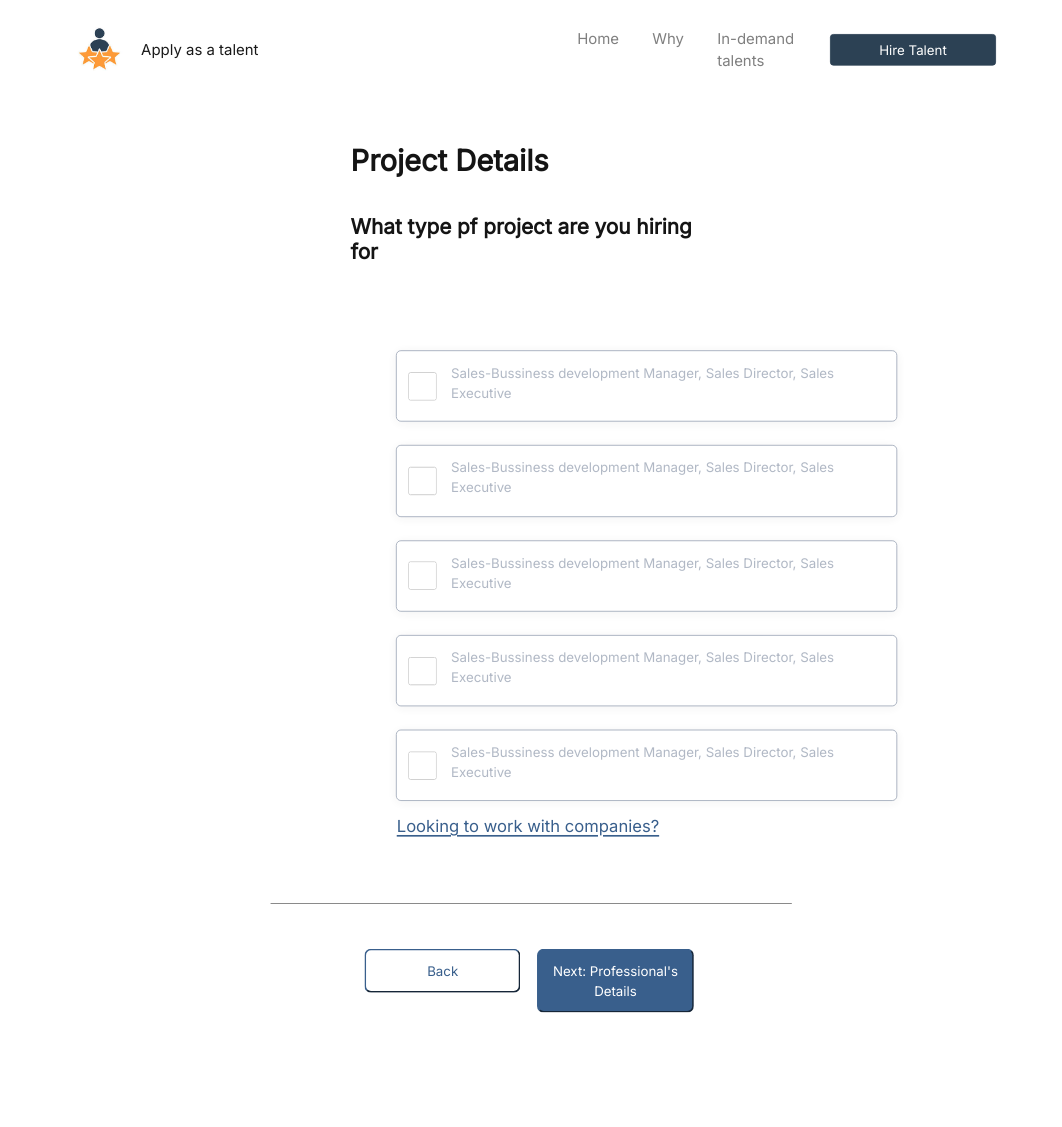
Repository: Ashwe9/talent-hire-reactJs
Page: /projectdetails
These files come from the project's save history. The page is drawn as it stood at one moment and after the next save; the edit follows.
The browser window is 1280 px wide. The pictures show the whole page, at 83% of full size.
The project was rebuilt for these pictures with package versions that can differ from the ones it lists, and the page was loaded fresh each time. Also part of the build but not shown: src/homePage/components/TrustedBy/TrustedBy.css, src/homePage/components/TrustedBy/TrustedBy.js, src/homePage/components/Roles/Roles.js, src/homePage/components/homePageFooter/HomePageFooter.css, src/homePage/components/homePageFooter/HomePageFooter.js, src/homePage/HomePage.js, src/kpisPage/Header.js, src/kpisPage/DropDown.css and 4 more.

Above is the page before, as saved 2022-08-20 13:13:15.

After the next save:
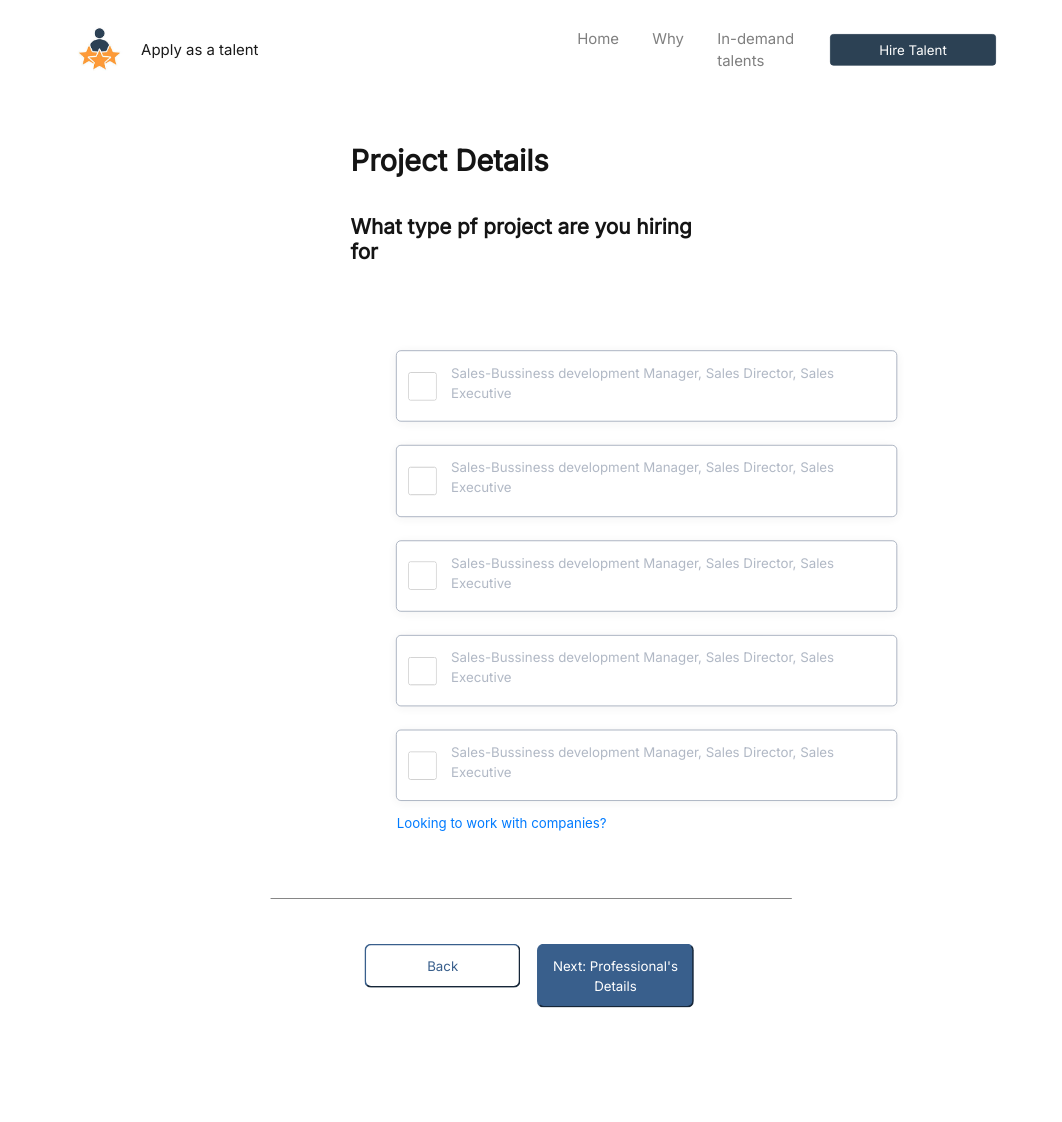
Saved 22 s later.
--- a/src/projectDetails/Details.css
+++ b/src/projectDetails/Details.css
@@ -58,15 +58,6 @@
     color: #8692A6;
 }
 
-.details-question{
-    color:#395f8c;
-    font-family: "Inter";
-    font-style: normal;
-    font-weight: 400;
-    font-size: 20px;
-    text-decoration-line: underline;
-    text-underline-position: under;
-}
 
 @media only screen and (max-width: 700px) {
     h2{
